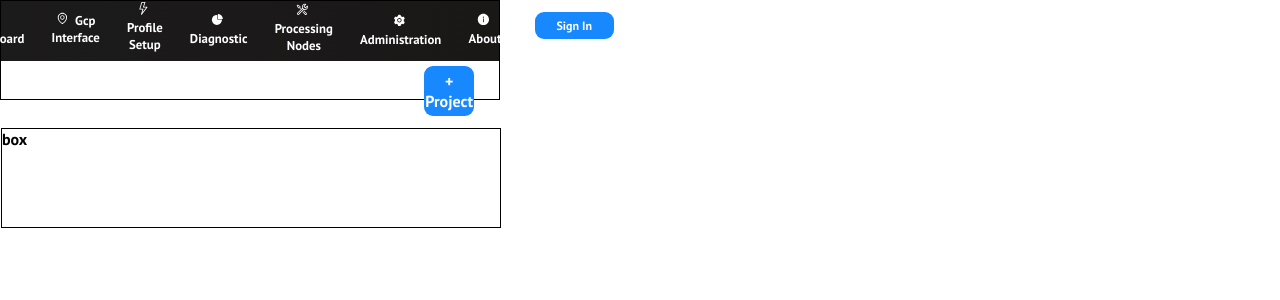
Repository: Akshaykumar1111/akki
Page: /Dashboard
The author's editor kept a copy of each file at every save. The page is drawn from the files as they stood at one save, then again after the next save.
The browser window is 1280 px wide. The pictures show the whole page.
Some web libraries are served in a nearby version. The project was rebuilt for these pictures with package versions that can differ from the ones it lists, and the page was loaded fresh each time. Also part of the build but not shown: src/components/pages/Administration.css, src/components/pages/Administration.js, src/components/pages/Diagnostic.js, src/components/pages/ProfileSetup.js, src/components/pages/GcpInterface.js, src/components/pages/ProcessingNodes.js, src/components/pages/About.js, src/components/pages/Popup.css and 7 more.

Above is the page before, as saved 2022-10-20 10:05:54.

### src/App.js
import React from 'react';
import Navbar from './components/Navbar';
import './App.css';

import { BrowserRouter as Router, Switch, Route } from 'react-router-dom';
import Dashboard from './components/pages/Dashboard';
import Administration from './components/pages/Administration';
import Diagnostic from './components/pages/Diagnostic';
import ProfileSetup from './components/pages/ProfileSetup';
import GcpInterface from './components/pages/GcpInterface';
import ProcessingNodes from './components/pages/ProcessingNodes';
import About from './components/pages/About';
import SignIn from './components/pages/SignIn';
import SignUp from './components/pages/SignUp';
import Forgot from './components/pages/Forgot';
import Otp from './components/pages/Otp';
import Popup from './components/pages/Popup';
import  ResetPassword from './components/pages/ResetPassword';
// import  popup from './components/pages/ModalDialog';
// import ModalDialog from './components/pages/ModalDialog'
// import '../node_modules/bootstrap/dist/css/bootstrap.min.css'
function App() {
  return (
    <Router>
      <Navbar />
      <Switch>

        <Route path='/Dashboard' exact component={Dashboard} />
        <Route path='/Diagnostic' component={Diagnostic} />

        <Route path='/ProfileSetup' component={ProfileSetup} />
        <Route path='/GcpInterface' component={GcpInterface} />
        <Route path='/ProcessingNodes' component={ProcessingNodes} />


        <Route path='/About' component={About} />
        <Route path='/Administration' component={Administration} />

        <Route path='/sign-In' component={SignIn} />
        <Route path='/SignUp' component={SignUp} />
        <Route path='/Forgot' component={Forgot} />
        <Route path='/Otp' component={Otp} />
        <Route path='/ResetPassword' component={ResetPassword} />
        <Route path='/Popup' component={Popup} />
        {/* <Route path='/popup' component={popup} /> */}

      </Switch>
      {/* <div className="container mt-3">
       <ModalDialog />
          </div> */}
    </Router>


  );
}

export default App;

### src/App.css
* {
  box-sizing: border-box;
  margin: 0;
  padding: 0;
  font-family: 'PT Sans', sans-serif;
}

.home,
.Diagnostic,
.Dashboard,
.ProfileSetup,
.GcpInterface,
.ProcessingNodes,
.products,
.Administration,
.DeveloperTools,
.About,
.sign-up,
.SigUp,
.Forgot,
.marketing,
.consulting {
  display: flex;
  height: 961.3px;
  align-items: center;
  justify-content: center;
  font-size: 2rem;
}


.map-container{
  width: 100%;
  height: 100%;
}

.Dashboard {
  background-image: url('./images/img-1.jpg');
  background-position: center;
  background-size: cover;
  background-repeat: no-repeat;
  color: #fff;
  font-size: 100px;

  margin-bottom: 10px;
}

.GcpInterface {
  background-image: url('./images/img-2.jpg');
  background-position: center;
  background-size: cover;
  background-repeat: no-repeat;
  color: #fff;
  font-size: 100px;
}

.Diagnostic {
  background-image: url('./images/img-3.jpg');
  background-position: center;
  background-size: fill;
  background-repeat: no-repeat;
  color: #fff;
  font-size: 100px;
}

.ProfileSetup {
  background-image: url('./images/img-4.jpg');
  background-position: center;
  background-size: cover;
  background-repeat: no-repeat;
  color: #fff;
  font-size: 100px;
}

.sign-up {
  background-image: url('./images/img-7.jpg');
  background-position: center;
  background-size: cover;
  background-repeat: no-repeat;
  color: #fff;
  font-size: 100px;
}

.marketing {
  background-image: url('./images/img-6.jpg');
  background-position: center;
  background-size: cover;
  background-repeat: no-repeat;
  color: #fff;
  font-size: 100px;
}

.consulting {
  background-image: url('./images/img-5.jpg');
  background-position: bottom;
  background-size: cover;
  background-repeat: no-repeat;
  color: #fff;
  font-size: 100px;
}

### src/components/pages/Dashboard.js

import React from 'react';
import '../../App.css';
import '../Button.css';
import './Dashboard.css';

export default function Dashboard() {
  return ( <>
  {/* <h1 className='Dashboard'>Developer Tools</h1> */}
  <button type="button" className='btn projectbtn'>+ Project</button>
  <div className='box'>box</div>
  </>
  )
 }

### src/components/Button.js
import React from 'react';
import './Button.css';
import { Link } from 'react-router-dom';

export function Button() {
  return (
    <Link to='sign-In'>
      <button className='btn'>Sign In</button>
    </Link>
  );
}

### src/components/Navbar.css
.navbar {

  height: 70px;
  display: flex;
  justify-content: center;
  align-items: center;
  font-size: 1.2rem;


}
.nav-bg1{
  background-color: rgba(42, 41, 41, 0.606);
  }
.nav-bg2{
  background: linear-gradient(90deg, rgb(28, 27, 27) 0%, rgb(26, 23, 23) 100%);

}

.navbar-logo {
  color: #fff;
  justify-self: start;
  margin-left: 20px;
  cursor: pointer;
  text-decoration: none;
  font-size: 2rem;
}

.fa-firstdraft {
    margin-left: -18%;
    font-size: 1rem;
    height: 4rem;
    width: 4rem;
    text-align: center;
    margin-top: 12%;
    margin-left: -190%;
}
/* .log-img{
  width: 8%;
} */
.nav-menu {
  display: grid;
  grid-template-columns: repeat(8, auto);
  grid-gap: 10px;
  list-style: none;
  text-align: center;
  width: 70vw;
  justify-content: end;
  margin-right: 2rem;
}

.nav-item {
  display: flex;
  align-items: center;
  height: 80px;
  margin-top: 8%;
  display: flex;
}

.nav-links {
  color: white;
  text-decoration: none;
  padding: 0.5rem 1rem;
}

.nav-links:hover {
  background-color: #1888ff;
  border-radius: 4px;
  transition: all 0.2s ease-out;
}

.fa-bars {
  color: #fff;
}

.nav-links-mobile {
  display: none;
}

.menu-icon {
  display: none;
}
.li1{
  margin-top: 9%;
}

.li2{
  margin-top: 8%;
}
.li4{
  margin-top: 9%;
}
.li5{
  margin-top: 6.5%;
}
.li6{
  margin-top: 7.3%;
}
.li7{
  margin-top: 12.4%;
}
.li8{
  margin-top: 7%;
}

.nav-links1 {
  color: white;
  text-decoration: none;
  padding: 0.5rem 1rem;
}






@media screen and (max-width: 1648px) {
  .navbar {
    /* background: linear-gradient(90deg, rgb(28, 27, 27) 0%, rgb(26, 23, 23) 100%); */
    height: 60px;
    display: flex;
    justify-content: center;
    align-items: center;
    font-size: 0.8rem;
  }
  .nav-bg1{
    background-color: rgba(42, 41, 41, 0.606);
    }
  .nav-bg2{
    background: linear-gradient(90deg, rgb(28, 27, 27) 0%, rgb(26, 23, 23) 100%);

  }
  .navbar-logo {
    color: #fff;
    justify-self: start;
    margin-left: 20px;
    cursor: pointer;
    text-decoration: none;
    font-size: 1.5rem;
    padding-right: 1%;
  }

  .fa-firstdraft {
    margin-left: -6%;
    font-size: 1rem;
    height: 3rem;
    width: 3rem;
    text-align: center;
    margin-top: 12%;
}

  .nav-menu {
    display: grid;
    grid-template-columns: repeat(8, auto);
    grid-gap: 8px;
    list-style: none;
    text-align: center;
    width: 75vw;
    justify-content: end;
    margin-right: 1.2rem;
  }

  .nav-item {
    display: flex;
    align-items: center;
    height: 75px;
  }

  .nav-links {
    color: white;
    text-decoration: none;
    padding: 0.5rem 0.6rem;
  }

  .nav-links1 {
    color: white;
    text-decoration: none;
    padding: 0.5rem 1rem;
  }

  .nav-links:hover {
    background-color: #1888ff;
    border-radius: 4px;
    transition: all 0.2s ease-out;
  }

  .fa-bars {
    color: #fff;
  }

  .nav-links-mobile {
    display: none;
  }

  .menu-icon {
    display: none;
  }
  .li1{
    margin-top: 9%;
  }

  .li2{
    margin-top: 8%;
  }
  .li4{
    margin-top: 9%;
  }
  .li5{
    margin-top: 6.5%;
  }
  .li6{
    margin-top: 7.3%;
  }
  .li7{
    margin-top: 12.4%;
  }
  .li8{
    margin-top: 7%;
  }

}



@media screen and (max-width: 961px) {
  .NavbarItems {
    position: relative;
  }

  .nav-menu {
    display: flex;
    flex-direction: column;
    width: 100%;
    height: 90vh;
    position: absolute;
    top: 80px;
    left: -100%;
    opacity: 1;
    transition: all 0.5s ease;
  }

  .nav-menu.active {
    background: #242222;
    left: 0;
    opacity: 1;
    transition: all 0.5s ease;
    z-index: 1;
  }

  .nav-links {
    text-align: center;
    padding: 0rem;
    width: 100%;
    display: table;
    margin-top: -1%;
  }

  .nav-links1 {
    color: white;
    text-decoration: none;
    padding: 0.5rem 1rem;
  }


  .nav-links:hover {
    background-color: #1888ff;
    border-radius: 0;
  }

  .navbar-logo {
    position: absolute;
    top: 0;
    left: 0;
    transform: translate(25%, 50%);
  }

  .menu-icon {
    display: block;
    position: absolute;
    top: -8px;
    right: 0;
    transform: translate(-100%, 60%);
    font-size: 1.8rem;
    cursor: pointer;
  }

  .fa-times {
    color: #fff;
    font-size: 2rem;
  }
  .nav-item {
    display: flex;
    align-items: center;
    height: 88px;
    font-size: 155%;
}

  .nav-links-mobile {
    display: block;
    text-align: center;
    /* padding: 1.5rem; */
    margin: 0rem auto;
    border-radius: 16px;
    width: 50%;
    background: #1888ff;
    text-decoration: none;
    color: #fff;
    font-size: 1.2rem;
    height: 55px;
    margin-bottom: 2%;
    padding-top: 2%;
  }

  .nav-links-mobile:hover {
    background: #fff;
    color: #1888ff;
    transition: 250ms;
  }

  .nav-Button{
    margin-top: 14%;
  }
  /* button {
    display: none;
  } */
  .fa-firstdraft {
    margin-left: 85%;
    font-size: 1rem;
    height: 3rem;
    width: 3rem;
    text-align: center;
    margin-top: -28%;
}
.li1{
  margin-top: 9%;
}

.li2{
  margin-top: 8%;
}
.li4{
  margin-top: 9%;
}
.li5{
  margin-top: 6.5%;
}
.li6{
  margin-top: 7.3%;
}
.li7{
  margin-top: 12.4%;
}
.li8{
  margin-top: 7%;
}

}



@media screen and (max-width: 480px) {
  .NavbarItems {
    position: relative;
  }

  .nav-menu {
    display: flex;
    flex-direction: column;
    width: 100%;
    height: 90vh;
    position: absolute;
    top: 80px;
    left: -100%;
    opacity: 1;
    transition: all 0.5s ease;
  }

  .nav-menu.active {
    background: #242222;
    left: 0;
    opacity: 1;
    transition: all 0.5s ease;
    z-index: 1;
  }

  .nav-links {
    text-align: center;
    padding: 0rem;
    width: 100%;
    display: table;
    margin-top: -1%;
  }

  .nav-links1 {
    color: white;
    text-decoration: none;
    padding: 0.5rem 1rem;
  }


  .nav-links:hover {
    background-color: #1888ff;
    border-radius: 0;
  }

  .navbar-logo {
    position: absolute;
    top: 0;
    left: 0;
    transform: translate(25%, 50%);
  }

  .menu-icon {
    display: block;
    position: absolute;
    top: -8px;
    right: 0;
    transform: translate(-100%, 60%);
    font-size: 1.8rem;
    cursor: pointer;
  }

  .fa-times {
    color: #fff;
    font-size: 2rem;
  }
  .nav-item {
    display: flex;
    align-items: center;
    height: 88px;
    font-size: 155%;
}

  .nav-links-mobile {
    display: block;
    text-align: center;
    /* padding: 1.5rem; */
    margin: 0rem auto;
    border-radius: 16px;
    width: 50%;
    background: #1888ff;
    text-decoration: none;
    color: #fff;
    font-size: 1.2rem;
    height: 55px;
    margin-bottom: 2%;
    padding-top: 2%;
  }

  .nav-links-mobile:hover {
    background: #fff;
    color: #1888ff;
    transition: 250ms;
  }

  .nav-Button{
    margin-top: 14%;
  }
  /* button {
    display: none;
  } */
  .fa-firstdraft {
    margin-left: 50%;
    font-size: 1rem;
    height: 3rem;
    width: 3rem;
    text-align: center;
    margin-top: -28%;
}
.li1{
  margin-top: 9%;
}

.li2{
  margin-top: 8%;
}
.li4{
  margin-top: 9%;
}
.li5{
  margin-top: 6.5%;
}
.li6{
  margin-top: 7.3%;
}
.li7{
  margin-top: 12.4%;
}
.li8{
  margin-top: 7%;
}

}

/* <-----------sticky navbar----------> */
/* .sticky{
  position: fixed;
  top: 0;
  left: 0;
  width: 100%;
  height: 5rem;
  padding-top: 0;
  padding-bottom: 0;
  box-shadow: 0 0 2rem 0 rgb(0,0,0,5);
} */
/* <-----------sticky navbar end----------> */

### src/components/Button.css
:root {
  --primary: #1888ff;
}

.btn {
  padding: 6px 9px;
  border-radius: 4px;
  outline: none;
  border: none;
  font-size: 15px;
  color: #fff;
  cursor: pointer;
  background-color: var(--primary);
  margin-top: 33%;
}
.projectbtn {
  font-size: 150%;
  /* padding: 0.5% 0.1% 0.5% 0.1%; */
  width: 10%;
  margin-top: 1%;
  margin-left: 89%;
}

.btn:hover {
  padding: 5px 9px;
  transition: all 0.3s ease-out;
  background-color: transparent;
  color: #fff;
  border-radius: 4px;
  border: 2px solid var(--primary);
  transition: all 0.3s ease-out;
}
@media screen and (max-width: 1140px) {
  .NavbarItems {
    position: relative;
  }
  :root {
    --primary: #1888ff;
  }

  .btn {
    padding: 6px 12px;
    border-radius: 9px;
    outline: none;
    border: none;
    font-size: 12px;
    color: #fff;
    cursor: pointer;
    background-color: var(--primary);
    margin-top: 36%;
  }
  .projectbtn {
    font-size: 150%;
    /* padding: 0.5% 0.1% 0.5% 0.1%; */
    width: 10%;
    margin-top: 1%;
    margin-left: 89%;
  }

  .btn:hover {
    padding: 6px 18px;
    transition: all 0.3s ease-out;
    background-color: transparent;
    color: #fff;
    border-radius: 4px;
    border: 2px solid var(--primary);
    transition: all 0.3s ease-out;
  }
}

@media screen and (max-width: 1648px) {
  .NavbarItems {
    position: relative;
  }
  :root {
    --primary: #1888ff;
  }

  .btn {
    padding: 6px 12px;
    border-radius: 9px;
    outline: none;
    border: none;
    font-size: 12px;
    color: #fff;
    cursor: pointer;
    background-color: var(--primary);
    margin-top: 26%;
  }
  .projectbtn {
    font-size: 100%;
    padding: 1% 0.1% 1% 0.1%;
    width: 10%;
    margin-top: 1%;
    margin-left: 85%;
  }

  .btn:hover {
    padding: 6px 18px;
    transition: all 0.3s ease-out;
    background-color: transparent;
    color: #fff;
    border-radius: 4px;
    border: 2px solid var(--primary);
    transition: all 0.3s ease-out;
  }
}




@media screen and (max-width: 961px) {
  .NavbarItems {
    position: relative;
  }
  :root {
    --primary: #1888ff;
  }

  .btn {

    border-radius: 9px;
    outline: none;
    border: none;
    font-size: 12px;
    color: #fff;
    cursor: pointer;
    background-color: var(--primary);
    width: auto;
    margin-top: 3%;
  }
  .projectbtn {
    font-size: 100%;
    padding: 1.5% 0.1% 1.5% 0.1%;
    width: 10%;
    margin-top: 1%;
    margin-left: 86%;
  }

  .btn:hover {
    padding: 0px 0px;
    transition: all 0.3s ease-out;
    background-color: transparent;
    color: #fff;
    border-radius: 4px;
    border: 2px solid var(--primary);
    transition: all 0.3s ease-out;
  }
}

### src/components/pages/Dashboard.css
div{
    width : 500px ;
    height : 100px;
    border:1px solid black;
    background: transparent;
 }

### src/components/pages/Signin.css
.sign-ups{
    display: flex;
    height: 33px;
    align-items: center;
    justify-content: center;
    font-size: 3rem;
    margin-top: -9px;
    color:whitesmoke;
    text-shadow: 2px 2px 15px white;
  }
  body {font-family: Arial, Helvetica, sans-serif;}
  /* The Modal (background) */
  .Main-login-Div {
  width: 100%;
  height: 100%;
  background-color: rgba(0,0,0,0.4);

  padding:10% 20% 5.6% 20%;

  background-image: url('../../images/abhi.jpg');
  background-size: cover;


  }

  /* input[type=text], input[type=password] {
  width: 100%;
  padding: 12px 20px;
  margin: 12px 0;
  display: inline-block;
  border: 1px solid #ccc;
  box-sizing: border-box;
  } */
  .input[type=text], .input[type=password] {
    width: 100%;
    padding: 12px 20px;
    margin: 12px 0;
    display: inline-block;
    border: 1px solid #ccc;
    box-sizing: border-box;
    }

  /* Set a style for all buttons */
  button {
  background-color: var(--primary);
  color: white;
  padding: 14px 20px;
  margin: 12px 0;
  border: none;
  cursor: pointer;
  width: 100%;
  border-radius: 10px;

  }


  button:hover {
  opacity: 0.8;
  }

  .nav-links-mobile {
    display: none;
  }

  /* Extra styles for the cancel button */
  .cancelbtn {
  width: auto;
  padding: 10px 18px;
  background-color: #f44336;
  border-radius: 9%;
  }

  .Signupbtn{
  width: auto;
  padding: 10px 18px;
  background-color: var(--primary);
  text-align: center;
  border-radius: 9%;
  }

  /* Center the image and position the close button */
  .imgcontainer  {
  text-align: center;
  margin: 24px 0 12px 0;
  position: relative;
  }

  img.avatar {
  width: 40%;
  border-radius: 50%;
  }

  .container {
  padding: 16px;
  /* text-align: right; */

  }
  .cont2{
    margin-left: 75px;
  }

  .container5 {

  /* text-align: right; */
  width: 100%;
  display: flex;
  /* height: 10%; */

  }

  .container1 {
  padding: 16px;

  width: 80%;

  }
  .container2 {
  width: 20%;
  text-align: right;
  padding: 16px;

  }







  span.psw {
  float: right;
  padding-top: 16px;
  }



  /* Modal Content/Box */
  .modal-content {
  background-color: #fefefe;
  margin: 5% auto 15% auto; /* 5% from the top, 15% from the bottom and centered */
  border: 1px solid #888;
  width: 80%; /* Could be more or less, depending on screen size */
  border-radius: 18px;
  }

  /* The Close Button (x) */
  .close {
  position: absolute;
  right: 25px;
  top: 0;
  color: #000;
  font-size: 35px;
  font-weight: bold;
  }

  .close:hover,
  .close:focus {
  color: red;
  cursor: pointer;
  }

  /* Add Zoom Animation */
  .animate {
  -webkit-animation: animatezoom 0.6s;
  animation: animatezoom 0.6s
  }

  @-webkit-keyframes animatezoom {
  from {-webkit-transform: scale(0)}
  to {-webkit-transform: scale(1)}
  }

  @keyframes animatezoom {
  from {transform: scale(0)}
  to {transform: scale(1)}
  }


  /* /////////////////////////////////////////////////////////////////////////////////////////////////////////////////// */
  @media screen and (max-width: 961px){
  .sign-ups{
    display: flex;
    height: 33px;
    align-items: center;
    justify-content: center;
    font-size: 3rem;
    margin-top: -9px;
    color:whitesmoke;
    text-shadow: 2px 2px 15px white;
  }
  body {font-family: Arial, Helvetica, sans-serif;}
  /* The Modal (background) */
  .Main-login-Div {
  width: 100%; /* Full width */
  height: 100%; /* Full height */
  background-color: rgba(0,0,0,0.4); /* Black w/ opacity */
  padding-top: 15%;
  padding-bottom: 2%;

  background-image: url('../../images/abhi.jpg');
  background-size: cover;


  }

  .input2[type=text], .input2[type=password] {
  width: 80%;
  padding: 12px 20px;
  margin: 12px 0;
  display: inline-block;
  border: 1px solid #ccc;
  box-sizing: border-box;
  }

  /* Set a style for all buttons */
  button {
  background-color: var(--primary);
  color: white;
  padding: 14px 20px;
  margin: 12px 0;
  border: none;
  cursor: pointer;
  width: 100%;
  border-radius: 10px;
  }


  button:hover {
  opacity: 0.8;
  }

  /* Extra styles for the cancel button */
  .cancelbtn {
  /* width: auto; */
  padding: 10px 18px;
  background-color: #f44336;
  }

  .Signupbtn{
  /* width: auto; */
  padding: 10px 18px;
  background-color: var(--primary);
  text-align: center;

  }

  /* Center the image and position the close button */
  .imgcontainer  {
  text-align: center;
  margin: 24px 0 12px 0;
  position: relative;
  }

  img.avatar {
  width: 40%;
  border-radius: 50%;
  }

  .container {
  padding: 16px;
  /* text-align: right; */

  }

  .container5 {

  /* text-align: right; */
  width: 100%;
  display: flex;
  /* height: 10%; */

  }

  .container1 {
  padding: 16px;

  width: 80%;

  }
  .container2 {
  width: 50%;
  text-align: right;
  padding: 16px;

  }








  span.psw {
  float: right;
  padding-top: 16px;
  }



  /* Modal Content/Box */
  .modal-content {
  background-color: #fefefe;
  margin: 5% auto 15% auto; /* 5% from the top, 15% from the bottom and centered */
  border: 1px solid #888;
  width: 80%; /* Could be more or less, depending on screen size */
  border-radius: 18px;
  }

  /* The Close Button (x) */
  .close {
  position: absolute;
  right: 25px;
  top: 0;
  color: #000;
  font-size: 35px;
  font-weight: bold;
  }

  .close:hover,
  .close:focus {
  color: red;
  cursor: pointer;
  }

  /* Add Zoom Animation */
  .animate {
  -webkit-animation: animatezoom 0.6s;
  animation: animatezoom 0.6s
  }

  @-webkit-keyframes animatezoom {
  from {-webkit-transform: scale(0)}
  to {-webkit-transform: scale(1)}
  }

  @keyframes animatezoom {
  from {transform: scale(0)}
  to {transform: scale(1)}
  }
  }
  @media screen and (max-width: 300px) {
    span.psw {
       display: block;
       float: none;
    }
    .cancelbtn {
       width: 100%;
    }
  }

  @media screen and (max-width: 610px){
    .sign-ups{
      display: flex;
      height: 33px;
      align-items: center;
      justify-content: center;
      font-size: 2rem;
      margin-top: -9px;
      color:whitesmoke;
      text-shadow: 2px 2px 15px white;
    }
    body {font-family: Arial, Helvetica, sans-serif;}
    /* The Modal (background) */
    .Main-login-Div {
    width: 100%; /* Full width */
    height: 100%; /* Full height */
    background-color: rgba(0,0,0,0.4); /* Black w/ opacity */
    padding-top: 15%;
    padding-bottom: 2%;

    background-image: url('../../images/abhi.jpg');
    background-size: cover;


    }

    .input[type=text], .input[type=password] {
    width: 100%;
    padding: 12px 20px;
    margin: 12px 0;
    display: inline-block;
    border: 1px solid #ccc;
    box-sizing: border-box;
    }

    /* Set a style for all buttons */
    /* button {
    background-color: var(--primary);
    color: white;
    padding: 14px 20px;
    margin: 12px 0;
    border: none;
    cursor: pointer;
    width: 126%;
    } */
    .button {
      background-color: var(--primary);
      color: white;
      padding: 14px 20px;
      margin: 12px 0;
      border: none;
      cursor: pointer;
      width: 100%;
      border-radius: 10px;
      }



    button:hover {
    opacity: 0.8;
    }

    /* Extra styles for the cancel button */
    .cancelbtn {
    /* width: auto; */
    padding: 7px 14px;
    background-color: #f44336;
    }
    .cont2{
      margin-left: 75px;

    }
    .Signupbtn{
    /* width: auto; */
    padding: 3px 11px;
    background-color: var(--primary);
    text-align: center;
    font-size: 14px;

    }
    .Forgot-password{
      font-size: 12px;
    }

    /* Center the image and position the close button */
    .imgcontainer  {
    text-align: center;
    margin: 24px 0 12px 0;
    position: relative;
    }

    img.avatar {
    width: 40%;
    border-radius: 50%;
    }

    .container {
    padding: 16px;
    /* text-align: right; */
    width: 100%;

    }

    .container5 {

    /* text-align: right; */
    width: 100%;
    display: flex;
    /* height: 10%; */

    }

    .container1{
    padding: 16px;

    width: 80%;

    }
    .container2 {
    width: 50%;
    text-align: right;
    padding: 16px;

    }








    span.psw1 {
    float: right;
    padding-top: 16px;
    }



    /* Modal Content/Box */
    .modal-content {
    background-color: #fefefe;
    margin: 5% auto 15% auto; /* 5% from the top, 15% from the bottom and centered */
    border: 1px solid #888;
    width: 80%; /* Could be more or less, depending on screen size */
    border-radius: 18px;
    }

    /* The Close Button (x) */
    .close {
    position: absolute;
    right: 25px;
    top: 0;
    color: #000;
    font-size: 35px;
    font-weight: bold;
    }

    .close:hover,
    .close:focus {
    color: red;
    cursor: pointer;
    }

    /* Add Zoom Animation */
    .animate {
    -webkit-animation: animatezoom 0.6s;
    animation: animatezoom 0.6s
    }

    @-webkit-keyframes animatezoom {
    from {-webkit-transform: scale(0)}
    to {-webkit-transform: scale(1)}
    }

    @keyframes animatezoom {
    from {transform: scale(0)}
    to {transform: scale(1)}
    }
    }

    @media screen and (max-width: 523px){
      .sign-ups{
        display: flex;
        height: 33px;
        align-items: center;
        justify-content: center;
        font-size: 1.5rem;
        margin-top: -9px;
        color:whitesmoke;
        text-shadow: 2px 2px 15px white;
      }
      body {font-family: Arial, Helvetica, sans-serif;}
      /* The Modal (background) */
      .Main-login-Div {
      width: 100%; /* Full width */
      height: 100%; /* Full height */
      background-color: rgba(0,0,0,0.4); /* Black w/ opacity */
      padding-top: 15%;
      padding-bottom: 2%;

      background-image: url('../../images/abhi.jpg');
      background-size: cover;


      }

      .input[type=text], .input[type=password] {
      width: 100%;
      padding: 12px 20px;
      margin: 12px 0;
      display: inline-block;
      border: 1px solid #ccc;
      box-sizing: border-box;
      }

      /* Set a style for all buttons */
      /* button {
      background-color: var(--primary);
      color: white;
      padding: 14px 20px;
      margin: 12px 0;
      border: none;
      cursor: pointer;
      width: 126%;
      } */
      .button {
        background-color: var(--primary);
        color: white;
        padding: 14px 20px;
        margin: 12px 0;
        border: none;
        cursor: pointer;
        width: 100%;
        border-radius: 10px;

        }



      button:hover {
      opacity: 0.8;
      }

      /* Extra styles for the cancel button */
      .cancelbtn {
      /* width: auto; */
      padding: 7px 14px;
      background-color: #f44336;
      }
      .cont2{
        margin-left: 30px;

      }
      .Signupbtn{
      /* width: auto; */
      padding: 3px 11px;
      background-color: var(--primary);
      text-align: center;
      font-size: 14px;

      }
      .Forgot-password{
        font-size: 12px;
      }

      /* Center the image and position the close button */
      .imgcontainer  {
      text-align: center;
      margin: 24px 0 12px 0;
      position: relative;
      }

      img.avatar {
      width: 40%;
      border-radius: 50%;
      }

      .container {
      padding: 16px;
      /* text-align: right; */
      width: 100%;

      }

      .container5 {

      /* text-align: right; */
      width: 100%;
      display: flex;
      /* height: 10%; */

      }

      .container1{
      padding: 16px;

      width: 80%;

      }
      .container2 {
      width: 50%;
      text-align: right;
      padding: 16px;

      }








      span.psw1 {
      float: right;
      padding-top: 16px;
      }



      /* Modal Content/Box */
      .modal-content {
      background-color: #fefefe;
      margin: 5% auto 15% auto; /* 5% from the top, 15% from the bottom and centered */
      border: 1px solid #888;
      width: 80%; /* Could be more or less, depending on screen size */
      border-radius: 18px;
      }

      /* The Close Button (x) */
      .close {
      position: absolute;
      right: 25px;
      top: 0;
      color: #000;
      font-size: 35px;
      font-weight: bold;
      }

      .close:hover,
      .close:focus {
      color: red;
      cursor: pointer;
      }

      /* Add Zoom Animation */
      .animate {
      -webkit-animation: animatezoom 0.6s;
      animation: animatezoom 0.6s
      }

      @-webkit-keyframes animatezoom {
      from {-webkit-transform: scale(0)}
      to {-webkit-transform: scale(1)}
      }

      @keyframes animatezoom {
      from {transform: scale(0)}
      to {transform: scale(1)}
      }

      }

Loaded but not shown: public/index.html (common file); src/index.js (common file); src/components/Navbar.js (179 lines, source omitted)

After the next save:
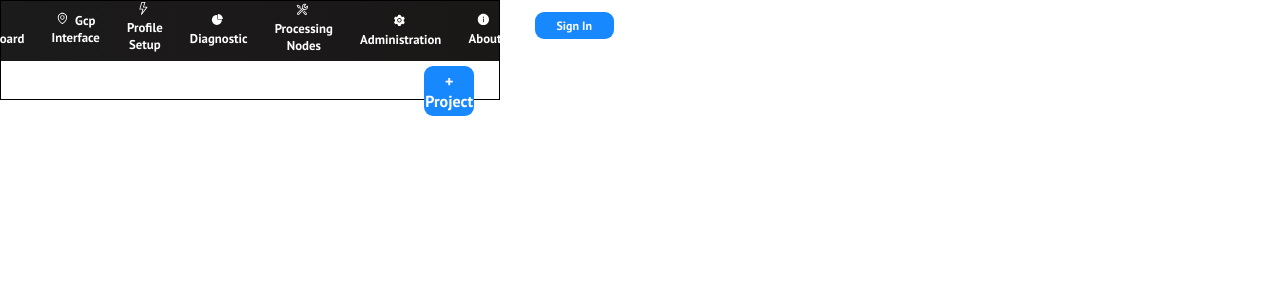
Saved 51 s later.
--- a/src/components/pages/Dashboard.js
+++ b/src/components/pages/Dashboard.js
@@ -8,7 +8,7 @@ export default function Dashboard() {
   return ( <>
   {/* <h1 className='Dashboard'>Developer Tools</h1> */}
   <button type="button" className='btn projectbtn'>+ Project</button>
-  <div className='box'>box</div>
+
   </>
   )
  }
